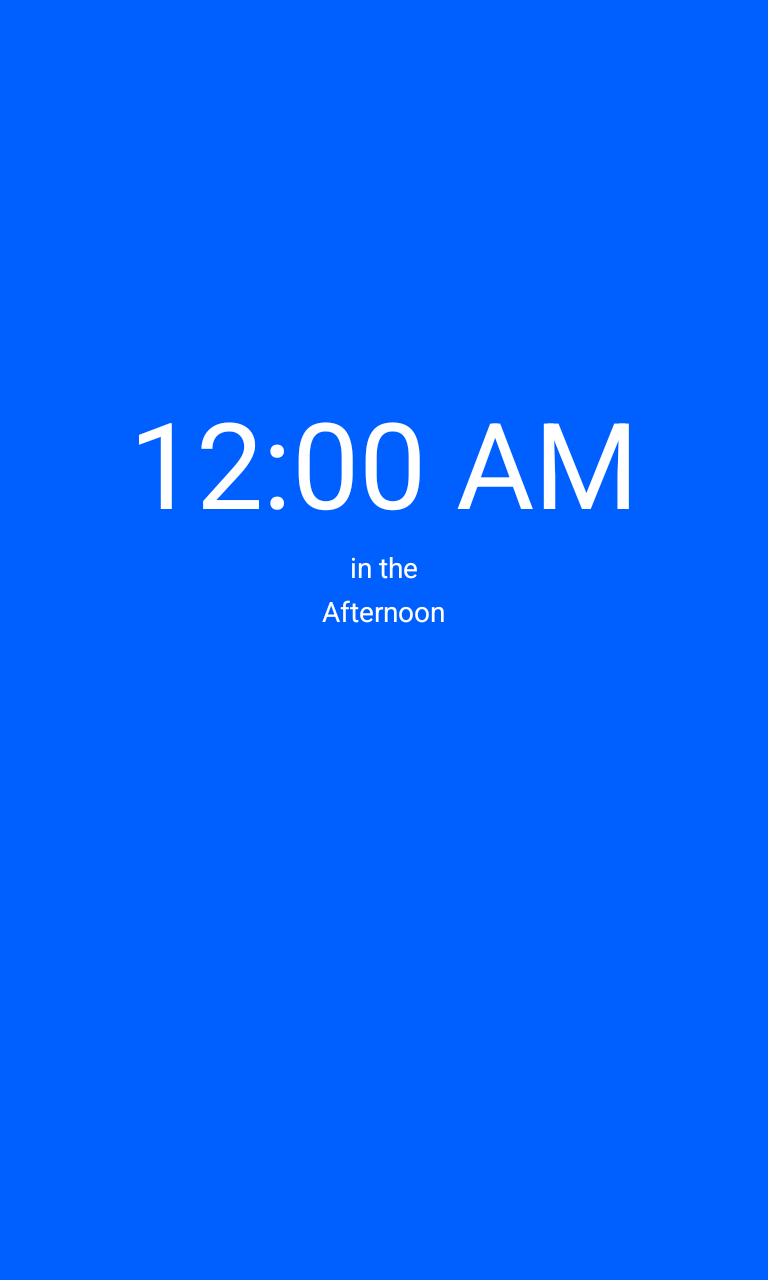
Repository: DinkyDetailsLLC/ADP2
Layout: WakeTimerforKids/res/layout/activity_main.xml
An editor plug-in stored every save of this project. The layout is shown before and after the next save, followed by the edit.
It is drawn on a 768 x 1280 px phone screen (xhdpi) without system bars, with theme AppTheme; the app's code is not run.

Above is the layout before, as saved 2014-02-12 05:44:37.

### WakeTimerforKids/res/layout/activity_main.xml
<RelativeLayout xmlns:android="http://schemas.android.com/apk/res/android"
    xmlns:tools="http://schemas.android.com/tools"
    android:layout_width="match_parent"
    android:layout_height="match_parent"
    android:background="@color/blue"
    android:paddingBottom="@dimen/activity_vertical_margin"
    android:paddingLeft="@dimen/activity_horizontal_margin"
    android:paddingRight="@dimen/activity_horizontal_margin"
    android:paddingTop="@dimen/activity_vertical_margin"
    tools:context=".MainActivity" >

        <TextClock
        android:id="@+id/textclock1"
        android:layout_width="wrap_content"
        android:layout_height="wrap_content"
        android:layout_centerHorizontal="true"
        android:layout_marginTop="175dp"
        android:textColor="@color/white"
        android:textSize="60sp"
        android:text="@string/clock" />

        <TextView
        android:id="@+id/smallClockText"
        android:layout_width="wrap_content"
        android:layout_height="wrap_content"
        android:layout_below="@id/textclock1"
        android:layout_centerInParent="true"
        android:layout_marginTop="3dp"
        android:textColor="@color/white"
        android:text="@string/smallClockText"
        />
        <TextView
        android:id="@+id/largeClockText"
        android:layout_width="wrap_content"
        android:layout_height="wrap_content"
        android:layout_below="@id/smallClockText"
        android:layout_centerInParent="true"
        android:layout_marginTop="3dp"
         android:textColor="@color/white"
        android:text="@string/largeClockText"
        />


</RelativeLayout>

### WakeTimerforKids/res/values/color.xml
<?xml version="1.0" encoding="utf-8"?>
<resources>
   <color name="white">#ffffff</color>
   <color name="black">#000000</color>
   <color name="blue">#0060ff</color>

</resources>

### WakeTimerforKids/res/values/strings.xml
<?xml version="1.0" encoding="utf-8"?>
<resources>

    <string name="app_name">WakeTimerforKids</string>
    <string name="action_settings">Settings</string>
    <string name="hello_world">Hello world!</string>
 	<string name="clock">Clock</string>
 	<string name="smallClockText">in the</string>
 	<string name="largeClockText">Afternoon</string>

</resources>

Loaded but not shown: WakeTimerforKids/res/values/styles.xml (common file); WakeTimerforKids/res/values-v11/styles.xml (common file); WakeTimerforKids/res/values-v14/styles.xml (common file); WakeTimerforKids/res/values/dimens.xml (common file)

After the next save:
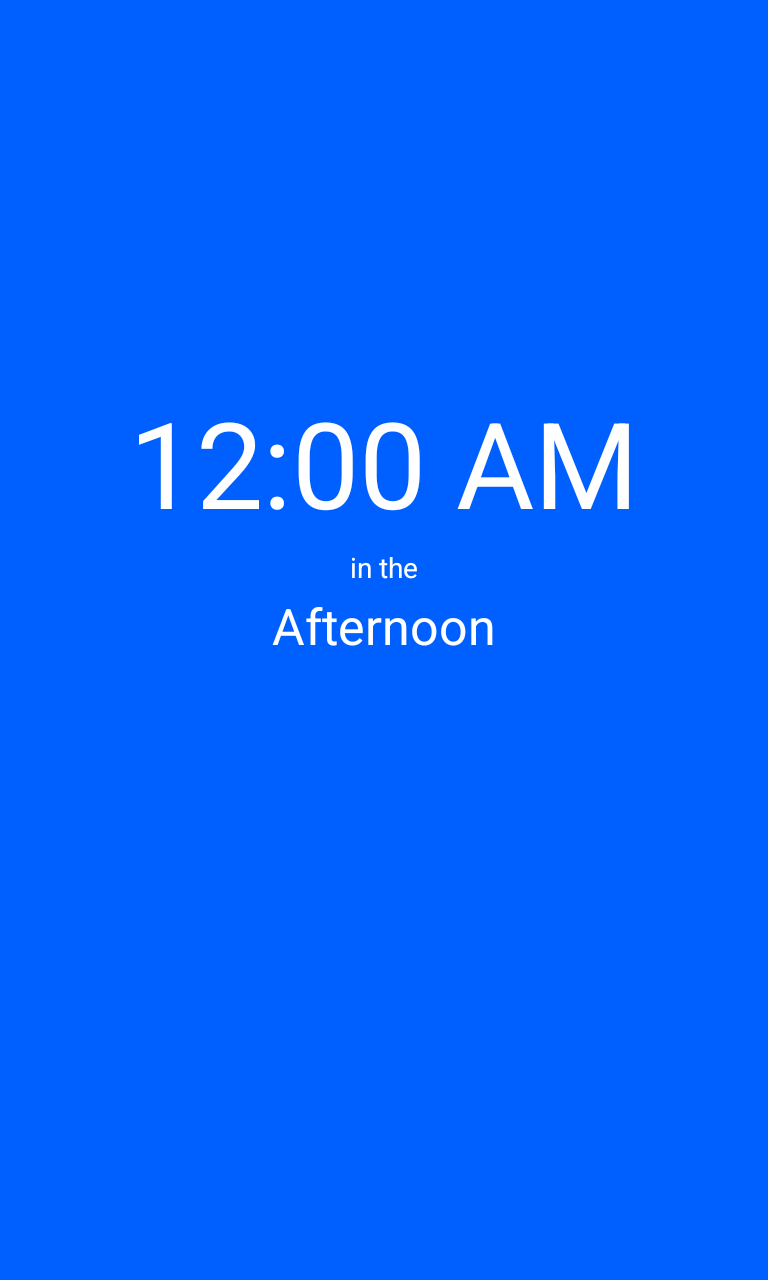
Saved 19 s later.
--- a/WakeTimerforKids/res/layout/activity_main.xml
+++ b/WakeTimerforKids/res/layout/activity_main.xml
@@ -36,7 +36,8 @@
         android:layout_below="@id/smallClockText"
         android:layout_centerInParent="true"
         android:layout_marginTop="3dp"
-         android:textColor="@color/white"
+        android:textColor="@color/white"
+        android:textSize="25sp"
         android:text="@string/largeClockText"
         />
 
